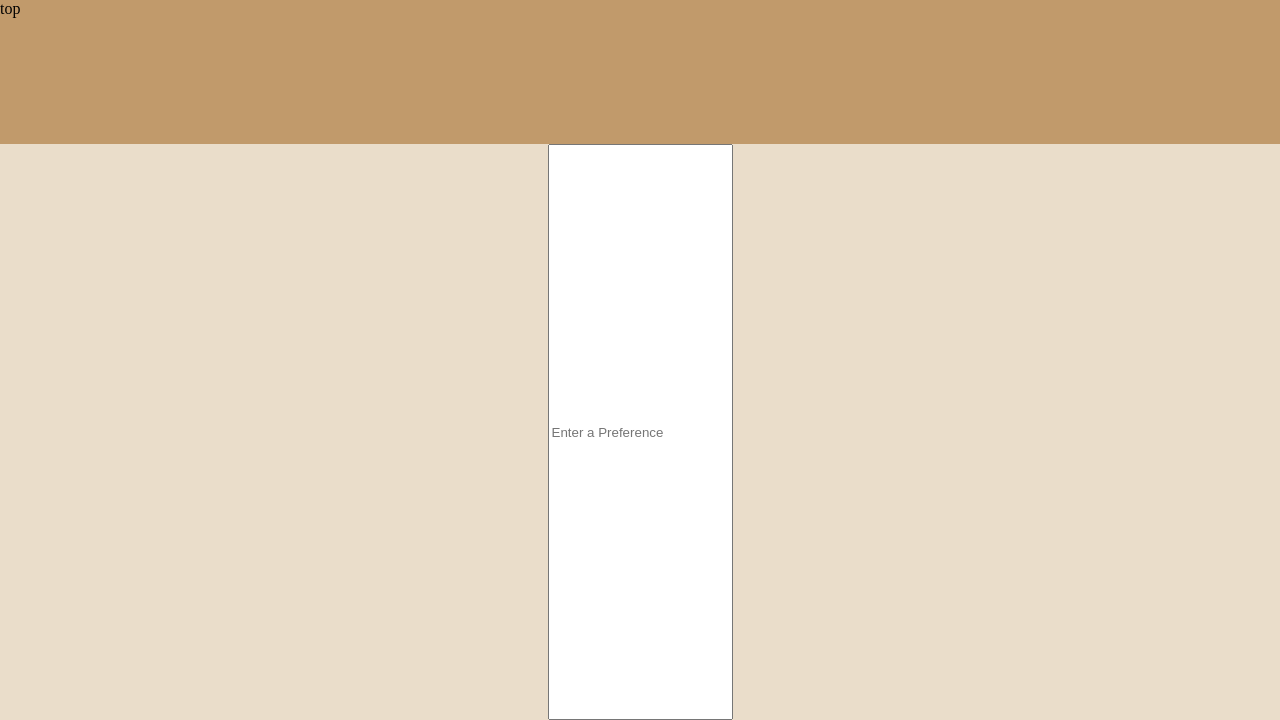
Repository: joshliu14/Travel-Mug
Page: /search
An editor plug-in stored every save of this project. The page is shown before and after the next save, followed by the edit.
The browser window is 1280 px wide. The pictures show the whole page.
The project was rebuilt for these pictures with package versions that can differ from the ones it lists, and the page was loaded fresh each time.

Above is the page before, as saved 2024-01-02 12:03:25.

After the next save:
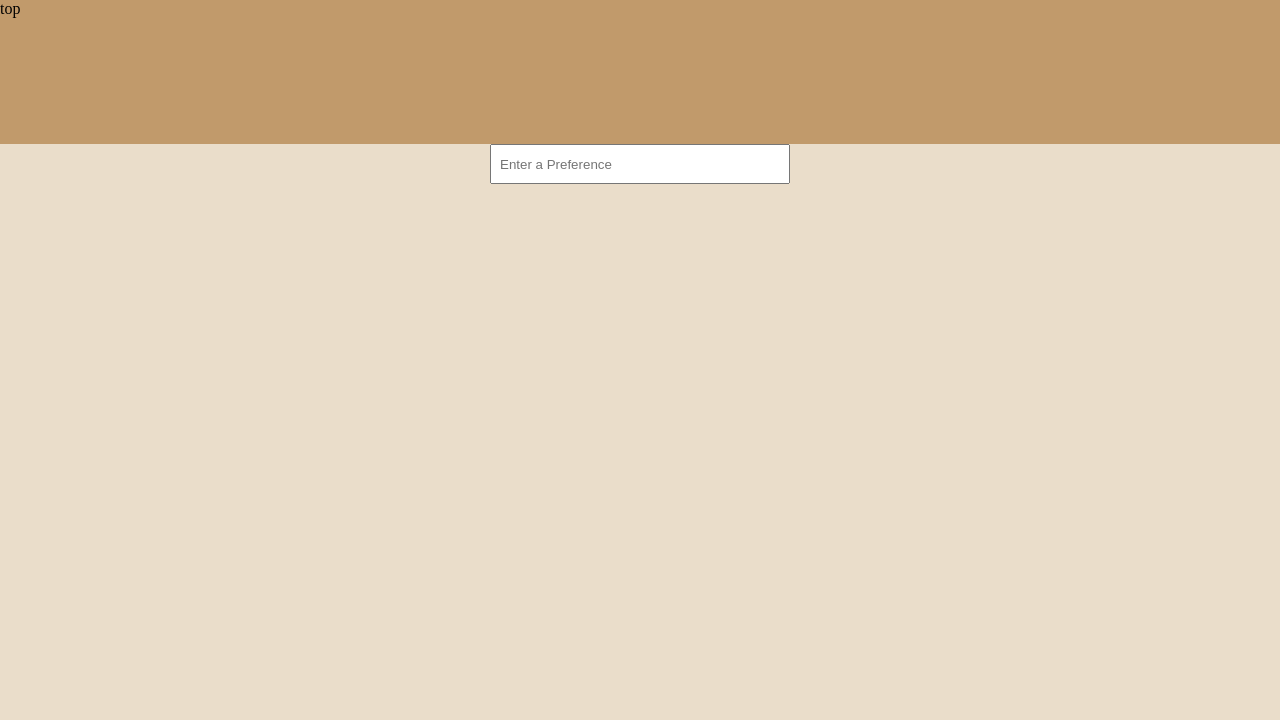
Saved 46 s later.
--- a/src/Home.js
+++ b/src/Home.js
@@ -7,7 +7,7 @@ class Search extends React.Component {
       <div>
         <div className="top">top</div>
         <div className="bottom">
-          <input classNamew="search-bar" placeholder="Enter a Preference" />
+          <input className="search-bar" placeholder="Enter a Preference" />
         </div>
       </div>
     );
